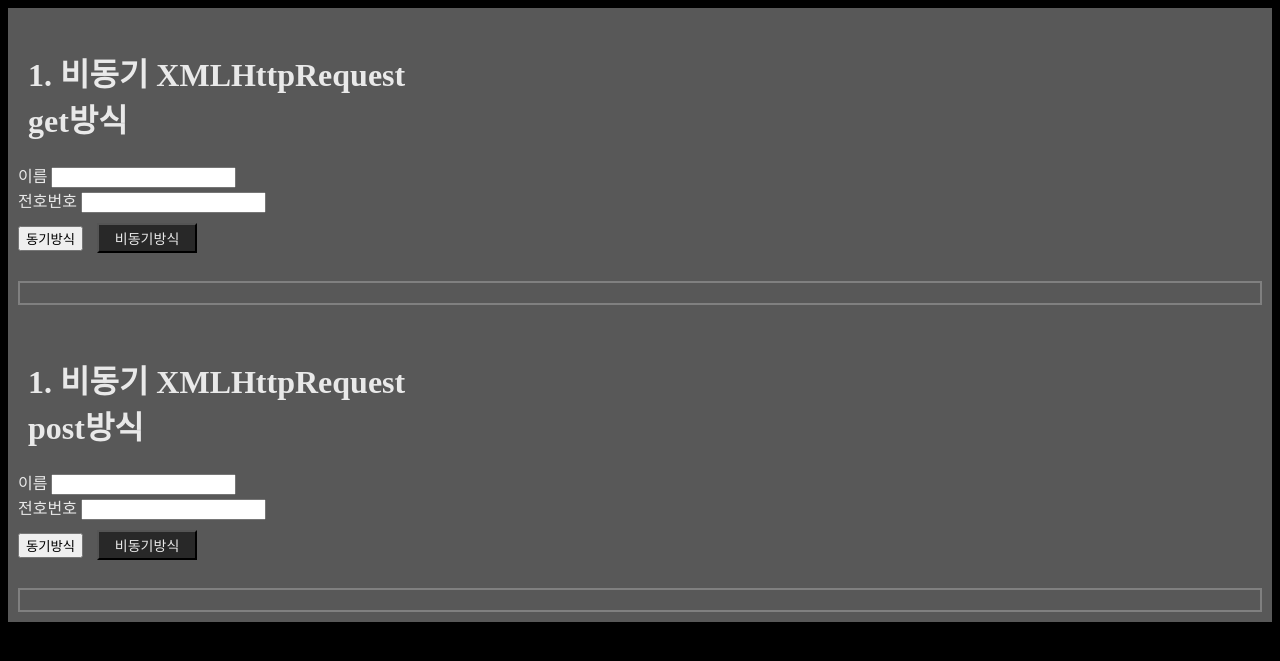
Repository: prawniel99/05_JQuery
Page: workspace/jqpro/WebContent/비동기3_XMLRequest/test1.html
The author's editor kept a copy of each file at every save. The page is drawn from the files as they stood at one save, then again after the next save.
The browser window is 1280 px wide. The pictures show the whole page.

Above is the page before, as saved 2024-08-22 00:50:40.

### workspace/jqpro/WebContent/비동기3_XMLRequest/test1.html
<!DOCTYPE html>
<html lang="kr">
<head>
    <meta charset="UTF-8">
    <meta name="viewport" content="width=device-width, initial-scale=1.0">
    <title>XMLHttpRequest</title>

    <link rel="stylesheet" href="../css/public.css">
    <script src="../js/jquery-3.7.1.js"></script>

    <style>

    </style>

    <script>

        const xhr = new XMLHttpRequest();


        $(()=>{
            $('#asynb').on('click', ()=>{

                // name속성을 이용
                // vname = document.ff1.name.value;
                // vtel = document.ff1.tel.value;
                // console.log(vname, vtel);

                // 입력한 값을 가져온다. id 속성을 이용
                vname = $('#name').val().trim(); // id가 name인것의 값을 앞뒤 공백 지우고 가져오기
                vtel = $('#tel').val().trim();

                // 서버로 전송 - 요청
                xhr.open('get', 'test1.jsp?name='+vname+'&tel='+vtel, true); // jsp?name= 뒤에 공백 있으면 안됨 $tel=뒤에도 있으면 안됨
                xhr.send();

                // 응답
                // xhr.onload = function(){
                // onreadystatechange로 readystate가 변하는 것을 확인할 수 있음
                xhr.onreadystatechange = function(){ // onreadystate가 method로 쓰일때는 전부 소문자
                	// alert(this.readyState); // 숫자 뜨는거 확인하기
                	if(this.readyState==4 && this.status==200){
                		res = this.responseText;

                		$('#result1').html(res);
                	}
                }
            })
        })
    </script>

</head>

<body>

    <div class="box">
        <h1>
        	1. 비동기 XMLHttpRequest<br>get방식
        </h1>

        <form id="ff1" name="ff1" action="test1.jsp" method="get">
            이름 <input type="text" name="name" id="name"><br>
            전호번호 <input type="text" name="tel" id="tel"><br>
            <input type="submit" value="동기방식"> <!-- submit은 하나의 form 안에 1개만 가능 -->
            <input type="button" value="비동기방식" id="asynb">
        </form><br>

        <div id="result1"></div>
    </div>

    <div class="box">
        <h1>
        	1. 비동기 XMLHttpRequest<br>post방식
        </h1>

        <form id="ff1" name="ff1" action="test1.jsp" method="post">
            이름 <input type="text" name="name" id="name"><br>
            전호번호 <input type="text" name="tel" id="tel"><br>
            <input type="submit" value="동기방식"> <!-- submit은 하나의 form 안에 1개만 가능 -->
            <input type="button" value="비동기방식" id="asynpost">
        </form><br>

        <div id="result2"></div>
    </div>

</body>

</html>

### workspace/jqpro/WebContent/css/public.css
@charset "UTF-8";

body {
	background-color: black;
	color: rgb(233, 233, 233);
}

pre {
	text-align: left;
	font-weight: bold;
	border-left: none;
	border-right: none;
	border-top: 11px double rgba(120,20,20,1);
	border-bottom: 11px double rgba(120,20,20,1);
	background: rgb(222,222,222);
}

h1 {
	padding-left: 10px;
	padding-top: 10px;
}

h3 {
	margin: 10px;
	margin-bottom: 10px;
}

div {
	border: 2px solid grey;
	padding: 10px;
	/* margin: 10px; */
}

.box {
	border: none;
	/* background-image: linear-gradient(rgba(255,155,155), rgba(155,255,155)); */
	background-color: rgb(88, 88, 88);
	/* margin: 10px; */
	/* padding: 20px; */
}

.box input[type=button] {
	margin: 10px;
	background: rgb(40,40,40);
	color: rgb(233, 233, 233);
	font-size: 14px;
	/* padding: 0; */
	width: 100px;
	height: 30px;
	/* border-radius: 10px; */
}


#res {
	display: flex;
	flex-direction: row;
}

.item {
	flex: 25%;
	margin: 3px;
	padding: 2px;
}

Loaded but not shown: workspace/jqpro/WebContent/js/jquery-3.7.1.js (library)

After the next save:
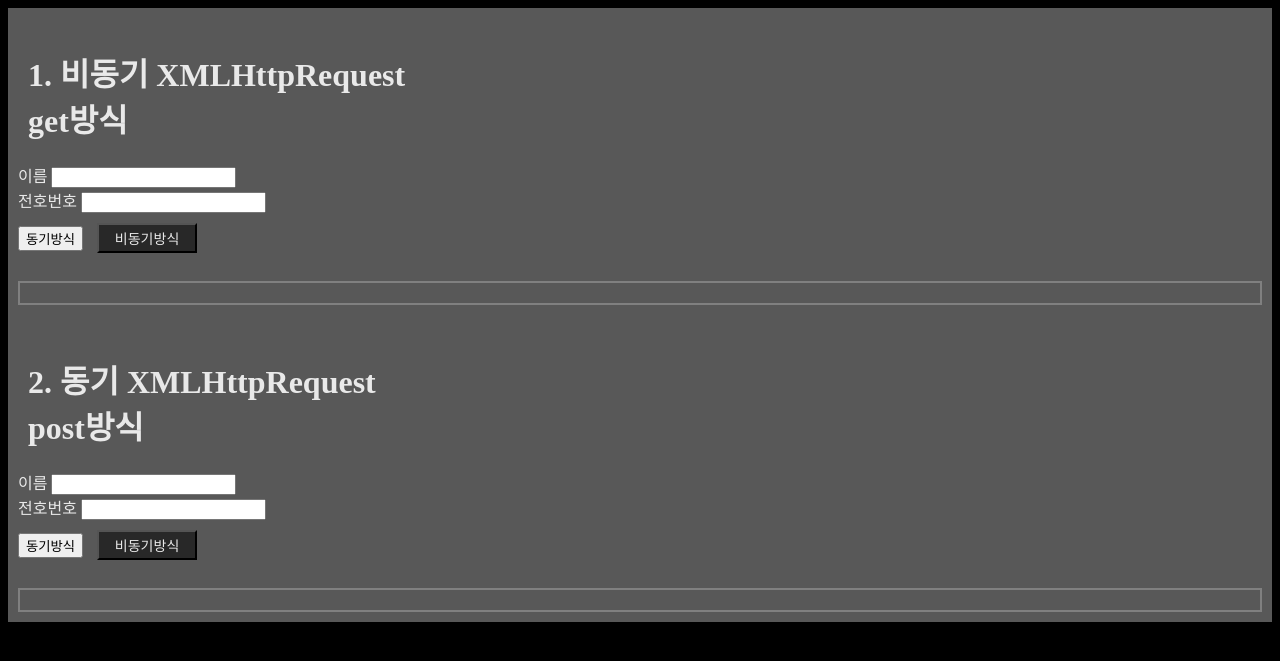
Saved 11 min 50 s later.
--- a/workspace/jqpro/WebContent/비동기3_XMLRequest/test1.html
+++ b/workspace/jqpro/WebContent/비동기3_XMLRequest/test1.html
@@ -69,7 +69,7 @@
 
     <div class="box">
         <h1>
-        	1. 비동기 XMLHttpRequest<br>post방식
+        	2. 동기 XMLHttpRequest<br>post방식
         </h1>
 
         <form id="ff1" name="ff1" action="test1.jsp" method="post">

After the 2 saves that followed:
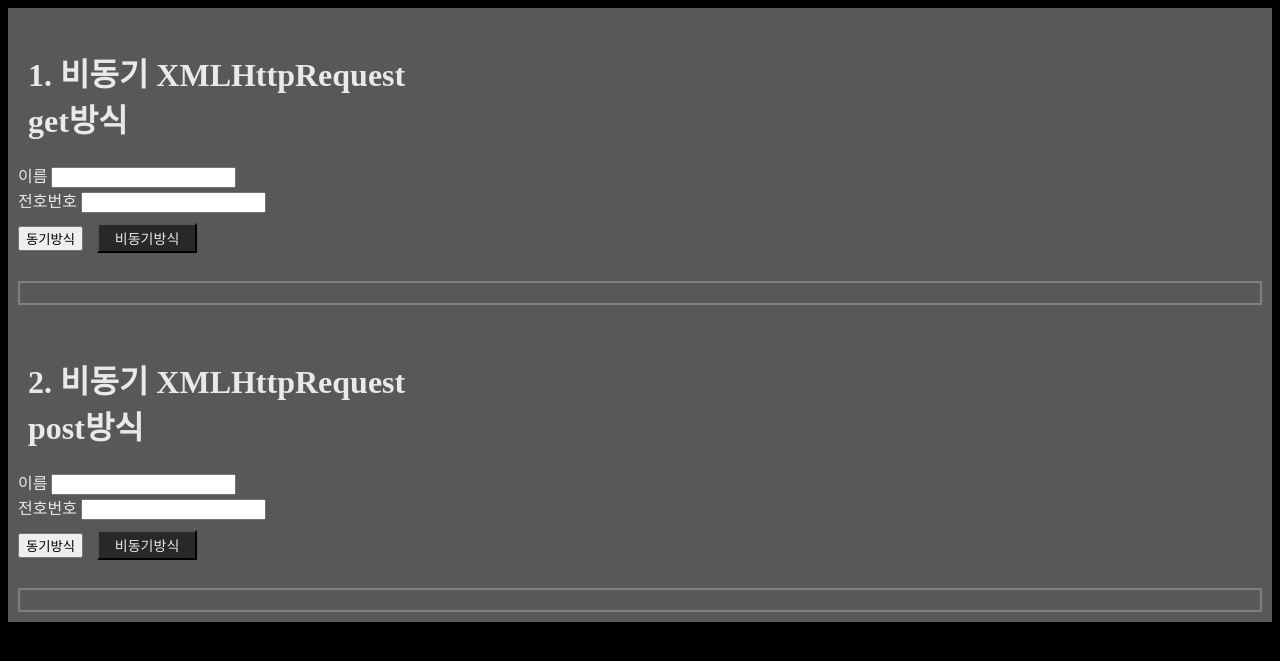
The 2 saves are shown as one change because 1 left the picture as it was.
The last was saved 4 min 16 s later.
--- a/workspace/jqpro/WebContent/비동기3_XMLRequest/test1.html
+++ b/workspace/jqpro/WebContent/비동기3_XMLRequest/test1.html
@@ -18,6 +18,12 @@
 
 
         $(()=>{
+
+
+        	// 비동기 post
+
+
+        	// 비동기 get
             $('#asynb').on('click', ()=>{
 
                 // name속성을 이용
@@ -69,13 +75,13 @@
 
     <div class="box">
         <h1>
-        	2. 동기 XMLHttpRequest<br>post방식
+        	2. 비동기 XMLHttpRequest<br>post방식
         </h1>
 
         <form id="ff1" name="ff1" action="test1.jsp" method="post">
             이름 <input type="text" name="name" id="name"><br>
             전호번호 <input type="text" name="tel" id="tel"><br>
-            <input type="submit" value="동기방식"> <!-- submit은 하나의 form 안에 1개만 가능 -->
+            <input type="submit" value="동기방식">
             <input type="button" value="비동기방식" id="asynpost">
         </form><br>
 
